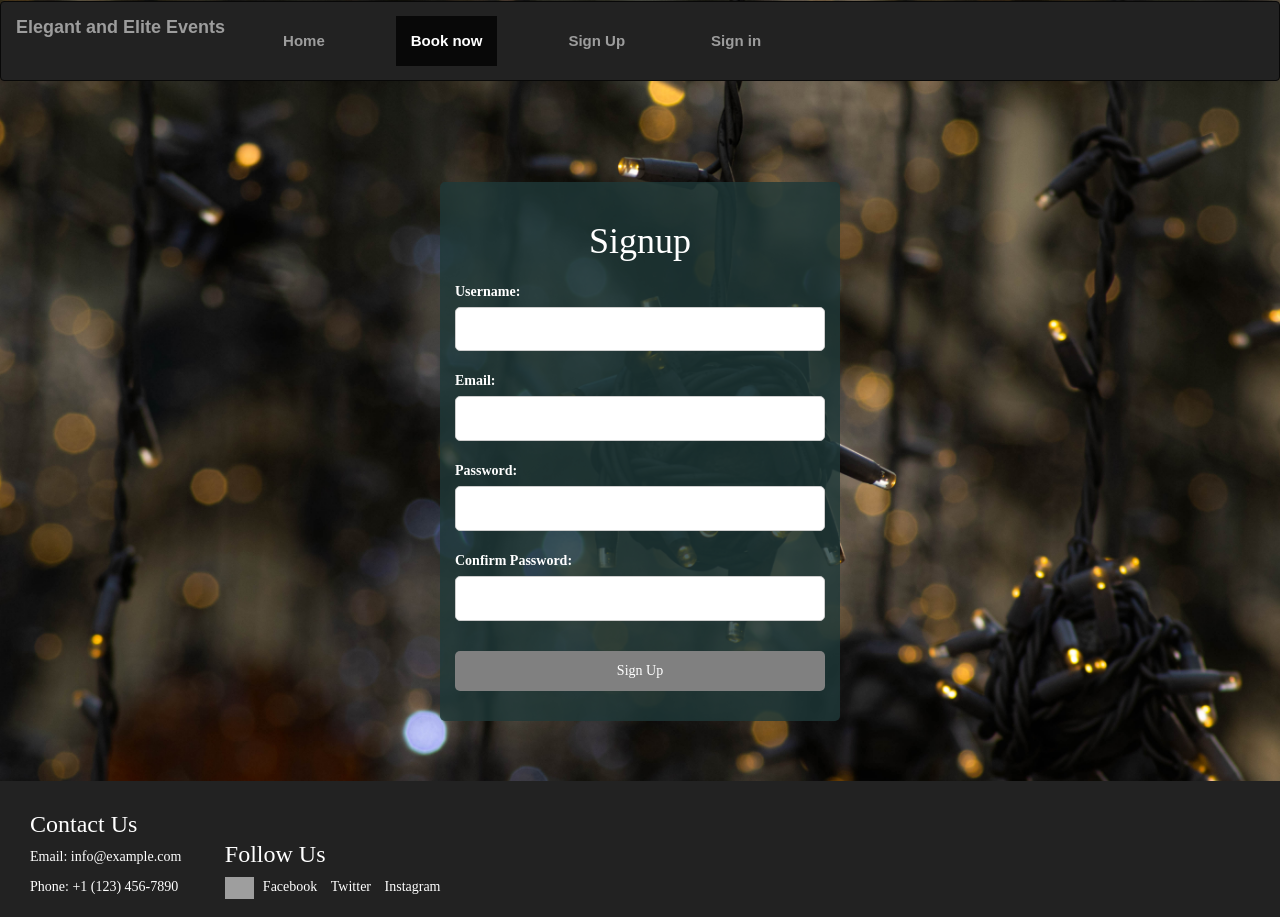
Repository: it22272690/Event-Planning-System
Page: http://localhost/PaymentDemo/Signup.jsp
An editor plug-in stored every save of this project. The page is shown before and after the next save, followed by the edit.
The browser window is 1280 px wide. The pictures show the whole page.
Pictures or frames that could not be fetched are drawn as grey boxes. The page is served by Tomcat 10. Other server files are loaded and not shown.

Above is the page before, as saved 2023-10-23 16:17:01.

### PaymentDemo/src/main/webapp/Signup.jsp
<%@ page language="java" contentType="text/html; charset=ISO-8859-1"
    pageEncoding="ISO-8859-1"%>


<!DOCTYPE html>
<html lang="en">
<head>

    <meta charset="UTF-8">
    <meta name="viewport" content="width=device-width, initial-scale=1.0">
    <title>Event Planning System Signup</title>
    <link rel="stylesheet" href="css\signup.css">
    <link rel="stylesheet" href="css\home.css">
     <title>Bootstrap Example</title>
    <meta charset="utf-8">
    <meta name="viewport" content="width=device-width, initial-scale=1">
    <link rel="stylesheet" href="https://maxcdn.bootstrapcdn.com/bootstrap/3.4.1/css/bootstrap.min.css">
    <script src="https://ajax.googleapis.com/ajax/libs/jquery/3.6.4/jquery.min.js"></script>
    <script src="https://maxcdn.bootstrapcdn.com/bootstrap/3.4.1/js/bootstrap.min.js"></script>
</head>
<body>
    <header>

        <nav class="navbar navbar-inverse">

            <div class="container-fluid">
                <div class="navbar-header">

                    <a class="navbar-brand" href="#"><b>Elegant and Elite Events</b></a>

                </div>
                <ul class="nav navbar-nav">

                    <li ><a href="Home.jsp">Home</a></li>
                    <li class="active"><a href="Navigate.jsp">Book now</a></li>
                    <li><a href="Signup.jsp">Sign Up</a></li>
                    <li><a href="Signin.jsp">Sign in</a></li>


                </ul>
            </div>
        </nav>

    </header>
</head>
<body>
<style>
   body {

         background-image: url("images/signup.jpg");
         font-family: 'Times New Roman';
        }
        footer {
    background-color: #222; /* Dark background for footer */
    padding: 10px;
    text-align: left;
}
h1 {
    text-align: center;
    color:#fff;
}
</style>
    <br><br><br><br>
    <div class="container">
        <h1>Signup </h1>
        <form id="signupForm" action="Signin.jsp" method="post">
            <label for="username">Username:</label>
            <input type="text" id="username" name="username" required>

            <label for="email">Email:</label>
            <input type="email" id="email" name="email" required>

            <label for="password">Password:</label>
            <input type="password" id="password" name="password" required>

            <label for="confirmPassword">Confirm Password:</label>
            <input type="password" id="confirmPassword" name="confirmPassword" required><br>

            <button type="submit">Sign Up</button>
        </form>
        <p id="errorText"></p>
    </div>
    <script src="js\signup.js"></script><br><br><br>
    <footer>
            <div class="contact">
                <h3>Contact Us</h3>
                <p>Email: info@example.com</p>
                <p>Phone: +1 (123) 456-7890</p>
            </div>
            <div class="social-media">

                <h3>Follow Us</h3>
                <img src="images\foot.jpg" alt="Chicago" style="width:5%;" style="height:5%;">
                <a href="#">Facebook</a>
                <a href="#">Twitter</a>
                <a href="#">Instagram</a>

            </div>
        </footer>
</body>
</html>

### PaymentDemo/src/main/webapp/css/signup.css
* {
    margin: 0;
    padding: 0;
    box-sizing: border-box;
}

body {
    font-family: 'Times New Roman';
    background-image: url("images\signup.jpg");
    background-repeat: no-repeat;
    background-size: cover;
}

.container {
    max-width: 400px;
    margin: 0 auto;
    padding: 20px;
    background-color: rgba(31, 57, 57, 0.8); /* Semi-transparent background color */
    border-radius: 5px;
}

h1 {
    text-align: center;
    color:#fff;
}

form {
    display: flex;
    flex-direction: column;
    color:#fff;
}

label {
    margin-top: 10px;
    font-weight: bold;
}

input[type="text"],
input[type="email"],
input[type="password"] {
    padding: 10px;
    margin-bottom: 10px;
    border: 1px solid #ccc;
    border-radius: 5px;
    font-size: 16px;
}

button {
    background-color:#808080;
    color:#fff;
    padding: 10px;
    border: none;
    border-radius: 5px;
    font-size: 20px;
    cursor: pointer;
}

    button:hover {
        background-color: rgba(31, 57, 57, 0.8);
    }

#errorText {
    color: red;
    text-align: center;
    margin-top: 10px;
}

### PaymentDemo/src/main/webapp/css/home.css

.button {
    display: inline-block;
    padding: 10px 20px;
    background-color: #D2691E;
    color: #fff;
    text-decoration: none;
    border-radius: 10px;
    margin-right: 10px;
}

body {
    font-family: 'Courier New';
    margin: 0;
    padding: 0;
    background-color: #FFE4B5;
    color: #fff;
}

header {
    display: flex;
    font-family: Arial;
    font-size: 15px;
    align-items: center;

    padding: 1px 0;
    justify-content: space-between; /* Center buttons horizontally */
}

    header img {
        width: 100px; /* Adjust the width as needed */
        height: auto; /* Preserve the aspect ratio */
        margin-left: 20px; /* Add some left margin to the logo */
    }

nav ul {
    list-style-type: none;
    padding: 0;
    text-align: center; /* Center buttons vertically */
}

    nav ul li {
        display: inline;
        float: right;
        display: block;
        color: white;
        padding: 14px 18px;
        text-decoration: none;
    }

        nav ul li a {
            color: #fff;
            text-decoration: none;
            font-weight: bold;
            margin: 0 10px; /* Add some horizontal spacing between the buttons */
        }

.services {
    display: flex;
    flex-wrap: wrap;
    justify-content: center;
    margin: 20px auto;
    max-width: 1200px;
    color: #8B4513; /* Set the text color to white for visibility */
}

.service {
    background-color: #fff;
    border: 1px solid #FF4500; /* Slightly darker border */
    border-radius: 5px;
    padding: 20px;
    margin: 10px;
    text-align: center;
    width: calc(33.33% - 20px);
}

footer {
    background-color: #222; /* Dark background for footer */
    padding: 20px;
    text-align: left;
}

.contact, .social-media {
    display: inline-block;
    margin: 0 20px;
    text-align: left;
    color: #fff;
}

    .social-media a {
        color: #fff;
        text-decoration: none;
        margin: 5px;
        text-align: left;
    }

/* Add this CSS to style the search bar */
.search-section {
    display: flex;
    align-items: center;
}

.search-bar {
    padding: 10px;
    border: 1px solid #ccc;
    border-radius: 5px;
    margin-right: 10px;
    width: 200px; /* Adjust the width as needed */
    outline: none; /* Remove the outline on focus */
}

    .search-bar::placeholder {
        color: #999; /* Placeholder text color */
    }

.search-button {
    background-color: #D2691E;
    color: #fff;
    padding: 10px 20px;
    border: none;
    border-radius: 5px;
    cursor: pointer;
    font-weight: bold;
}

### PaymentDemo/src/main/webapp/js/signup.js
document.addEventListener('DOMContentLoaded', function () {
    const signupForm = document.getElementById('signupForm');
    const errorText = document.getElementById('errorText');

    signupForm.addEventListener('submit', function (e) {
        e.preventDefault();

        // Get form values
        const username = document.getElementById('username').value;
        const email = document.getElementById('email').value;
        const password = document.getElementById('password').value;
        const confirmPassword = document.getElementById('confirmPassword').value;

        // Check if passwords match
        if (password !== confirmPassword) {
            errorText.textContent = 'Passwords do not match.';
            return;
        }

        // Perform further validation if needed

        // Submit the form data to the server or perform other actions
        // For demonstration purposes, just display a success message
        errorText.textContent = 'Signup successful!';

        // You would typically send the form data to the server for processing here
    });
});

After the next save:
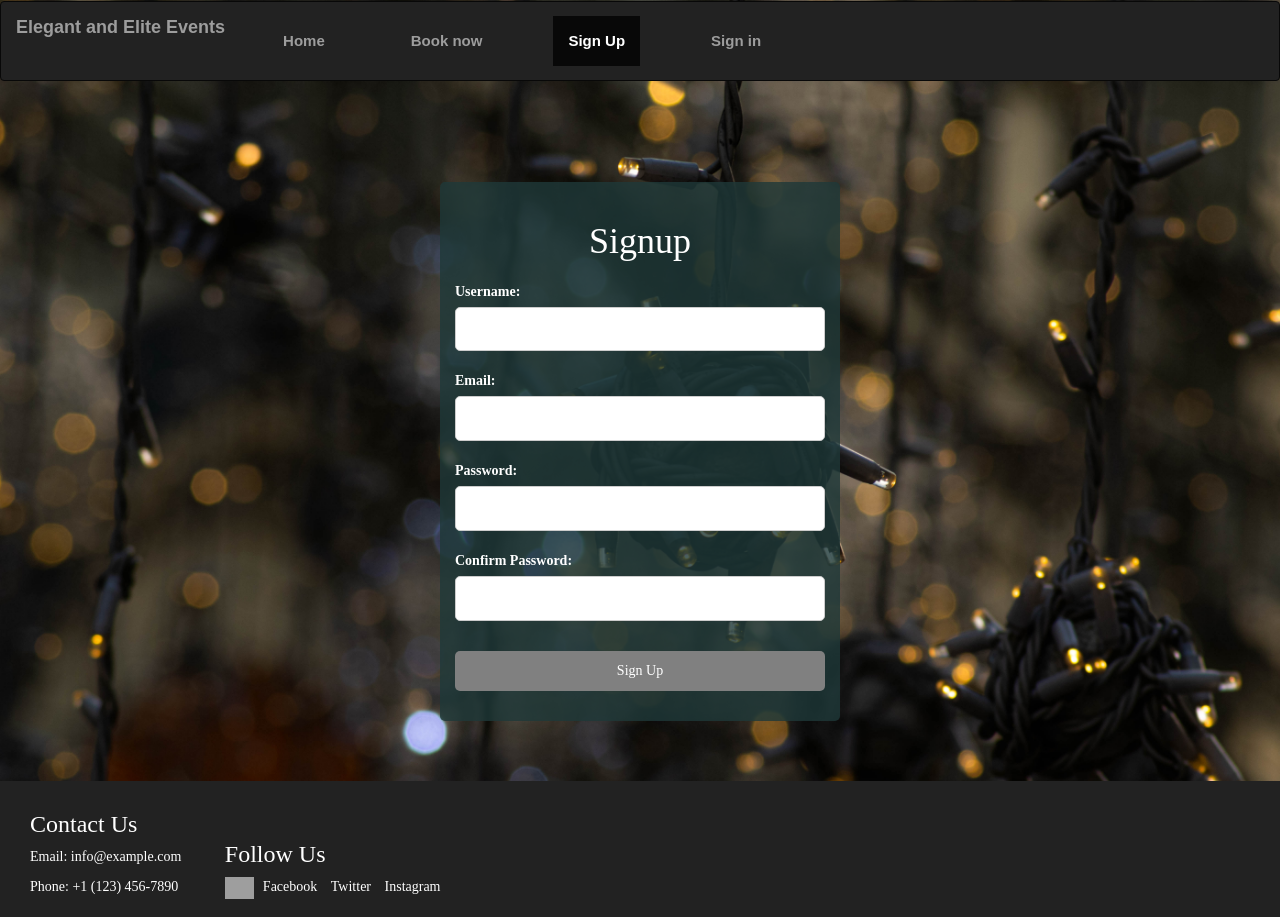
Saved 22 s later.
--- a/PaymentDemo/src/main/webapp/Signup.jsp
+++ b/PaymentDemo/src/main/webapp/Signup.jsp
@@ -32,8 +32,8 @@
                 <ul class="nav navbar-nav">
 
                     <li ><a href="Home.jsp">Home</a></li>
-                    <li class="active"><a href="Navigate.jsp">Book now</a></li>
-                    <li><a href="Signup.jsp">Sign Up</a></li>
+                    <li><a href="Navigate.jsp">Book now</a></li>
+                    <li  class="active"><a href="Signup.jsp">Sign Up</a></li>
                     <li><a href="Signin.jsp">Sign in</a></li>
 
 
